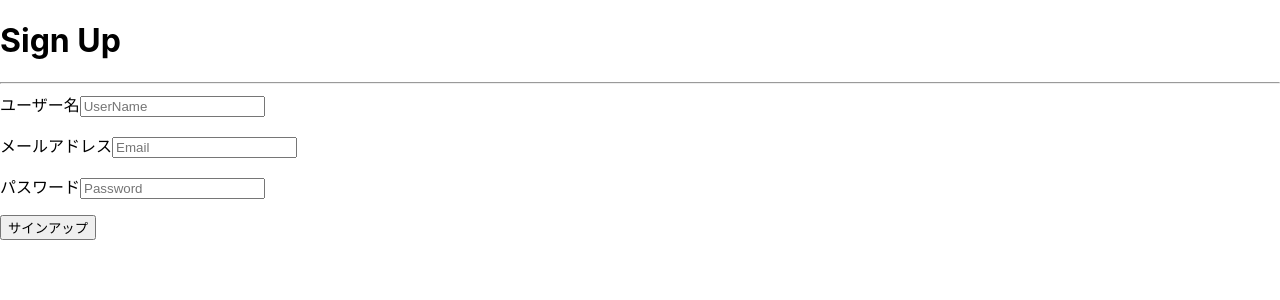
Repository: tosaken1116/Backs-of-seniors-hackathon
Page: /components/SignUpModal
These files come from the project's save history. The page is drawn as it stood at one moment and after the next save; the edit follows.
The browser window is 1280 px wide. The pictures show the whole page.
The project was rebuilt for these pictures with package versions that can differ from the ones it lists, and the page was loaded fresh each time. The framework's server and built-in components were replaced by stand-ins that run in the browser. Also part of the build but not shown: next.config.js.

Above is the page before, as saved 2022-07-16 17:14:31.

### pages/_document.js
import Document, { Head, Html, Main, NextScript } from 'next/document'

class MyDocument extends Document {
  render() {
    return (
      <Html>
        <Head>
          <link
            href="https://fonts.googleapis.com/css2?family=Inter&display=optional"
            rel="stylesheet"
          />
        </Head>
        <body>
          <Main />
          <NextScript />
        </body>
      </Html>
    )
  }
}

export default MyDocument

### pages/components/SignUpModal.tsx
import { off } from "process";
import { useState } from "react";
export default function SignInModal() {
    type loginElement = {
        username: string;
        email: string;
        password: string;
    };
    let initialValues = { username: "", email: "", password: "" };
    const [formValues, setFormValues] = useState<loginElement>(initialValues);
    const [formErrors, setFormErrors] = useState<loginElement>(initialValues);

    const handleChange = (event) => {
        // console.log(event.target.value);
        const { name, value } = event.target;
        setFormValues({ ...formValues, [name]: value });
    };

    const handleSubmit = (event) => {
        event.preventDefault();
        //ログイン情報の送信
        //バリデーションチェック
        setFormErrors(validate(formValues));
        console.log(formErrors);
    };

    const validate = (values) => {
        const errors: loginElement = initialValues;
        if (!values.username) {
            errors.username = "ユーザー名を入力してください";
        }
        if (!values.email) {
            errors.email = "メールアドレスを入力してください";
        }
        if (!values.password) {
            errors.password = "パスワードを入力してください";
        } else if (values.password.length < 4) {
            errors.password =
                "4文字以上15文字以下のパスワードを入力してください";
        } else if (values.password.length > 15) {
            errors.password =
                "4文字以上15文字以下のパスワードを入力してください";
        }
        // console.log(errors);
        return errors;
    };

    return (
        <div className="formcontainer">
            <form onSubmit={(event) => handleSubmit(event)}>
                <h1>Sign Up</h1>
                <hr />
                <div className="uiForm">
                    <div className="formField">
                        <label>ユーザー名</label>
                        <input
                            type="text"
                            placeholder="UserName"
                            name="username"
                            required
                            onChange={(event) => handleChange(event)}
                        />
                        {/* <div>{formErrors.username}</div> */}
                    </div>
                    <p className="errormsg">{formErrors.username}</p>
                    <div className="formField">
                        <label>メールアドレス</label>
                        <input
                            type="text"
                            placeholder="Email"
                            name="email"
                            required
                            onChange={(event) => handleChange(event)}
                        />
                        {/* <div>{formErrors.email}</div> */}
                    </div>
                    <p className="errormsg">{formErrors.email}</p>
                    <div className="formField">
                        <label>パスワード</label>
                        <input
                            type="password"
                            placeholder="Password"
                            name="password"
                            required
                            onChange={(event) => handleChange(event)}
                        />
                    </div>
                    {/* <div>{formErrors.password}</div> */}
                    <p className="errormsg">{formErrors.password}</p>

                    <button className="SubmitButton" type="submit">
                        サインアップ
                    </button>
                </div>
            </form>
        </div>
    );
}

Loaded but not shown: pages/_app.js (common file); styles/globals.css (common file)

After the next save:
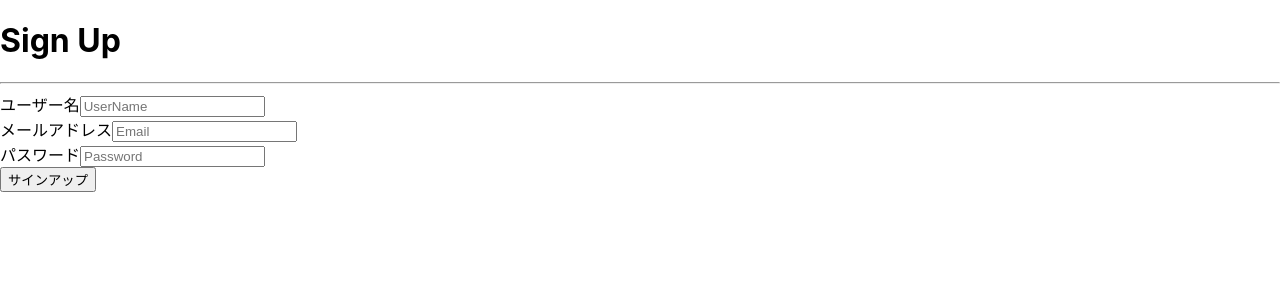
Saved 10 min 38 s later.
--- a/pages/components/SignUpModal.tsx
+++ b/pages/components/SignUpModal.tsx
@@ -20,11 +20,14 @@ export default function SignInModal() {
         event.preventDefault();
         //ログイン情報の送信
         //バリデーションチェック
-        setFormErrors(validate(formValues));
-        console.log(formErrors);
+        {
+            /*setFormErrors(validate(formValues));
+        console.log(formErrors);*/
+        }
     };
 
-    const validate = (values) => {
+    {
+        /*const validate = (values) => {
         const errors: loginElement = initialValues;
         if (!values.username) {
             errors.username = "ユーザー名を入力してください";
@@ -43,7 +46,8 @@ export default function SignInModal() {
         }
         // console.log(errors);
         return errors;
-    };
+    };*/
+    }
 
     return (
         <div className="formcontainer">
@@ -62,7 +66,7 @@ export default function SignInModal() {
                         />
                         {/* <div>{formErrors.username}</div> */}
                     </div>
-                    <p className="errormsg">{formErrors.username}</p>
+                    {/* <p className="errormsg">{formErrors.username}</p> */}
                     <div className="formField">
                         <label>メールアドレス</label>
                         <input
@@ -74,7 +78,7 @@ export default function SignInModal() {
                         />
                         {/* <div>{formErrors.email}</div> */}
                     </div>
-                    <p className="errormsg">{formErrors.email}</p>
+                    {/* <p className="errormsg">{formErrors.email}</p> */}
                     <div className="formField">
                         <label>パスワード</label>
                         <input
@@ -86,8 +90,7 @@ export default function SignInModal() {
                         />
                     </div>
                     {/* <div>{formErrors.password}</div> */}
-                    <p className="errormsg">{formErrors.password}</p>
-
+                    {/* <p className="errormsg">{formErrors.password}</p> */}
                     <button className="SubmitButton" type="submit">
                         サインアップ
                     </button>
